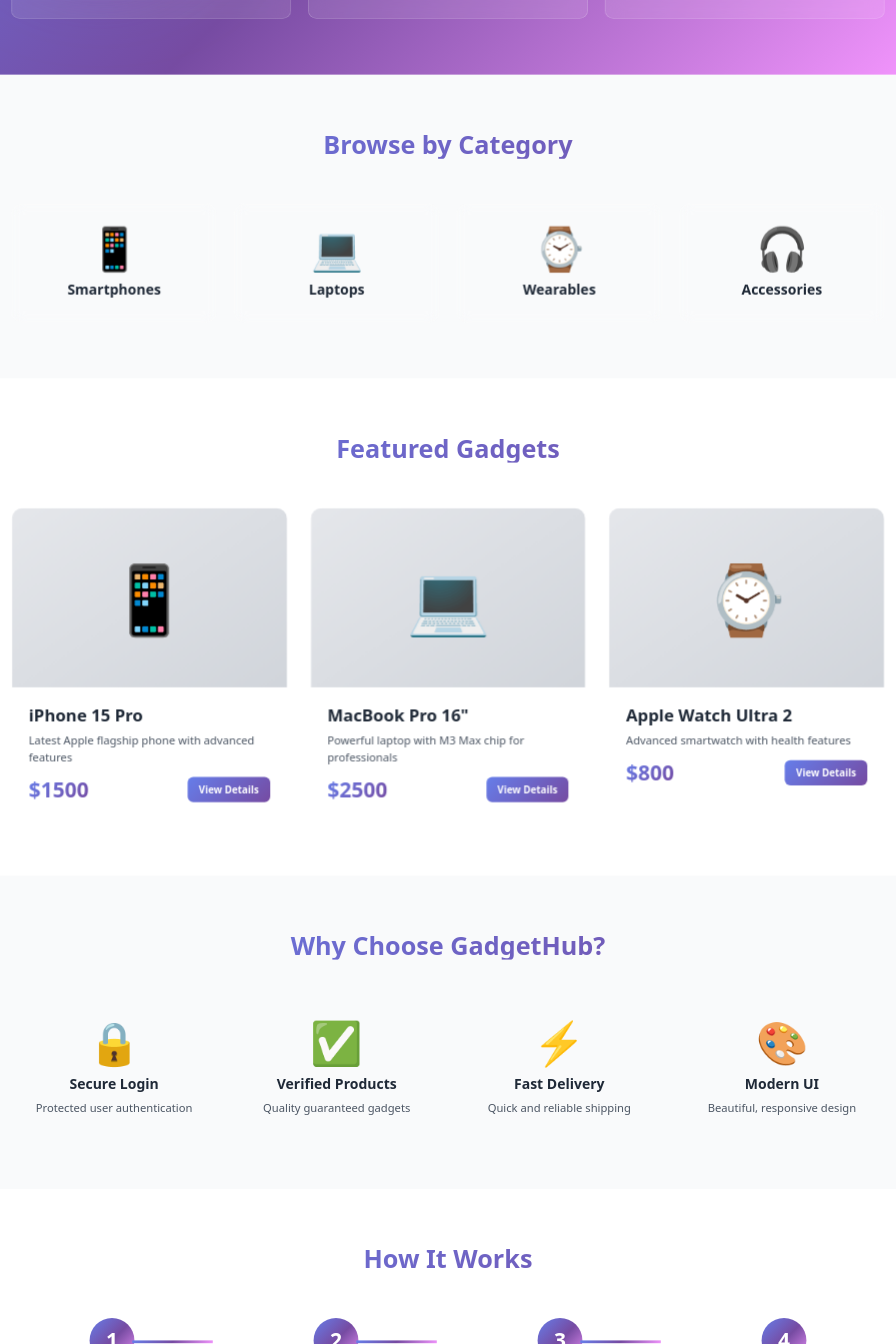
Repository: rajes124/Gadget-Next-js
Page: /
The author's editor kept a copy of each file at every save. The page is drawn from the files as they stood at one save, then again after the next save.
The browser window is 1280 px wide. The pictures show the part of the page from y = 767 to 2687 px (the page is 4121 px tall before and 4213 px after), at 70% of full size.
The project was rebuilt for these pictures with package versions that can differ from the ones it lists, and the page was loaded fresh each time. The framework's server and built-in components were replaced by stand-ins that run in the browser. Also part of the build but not shown: next.config.js.

Above is the page before, as saved 2026-01-18 11:54:54.

After the next save:
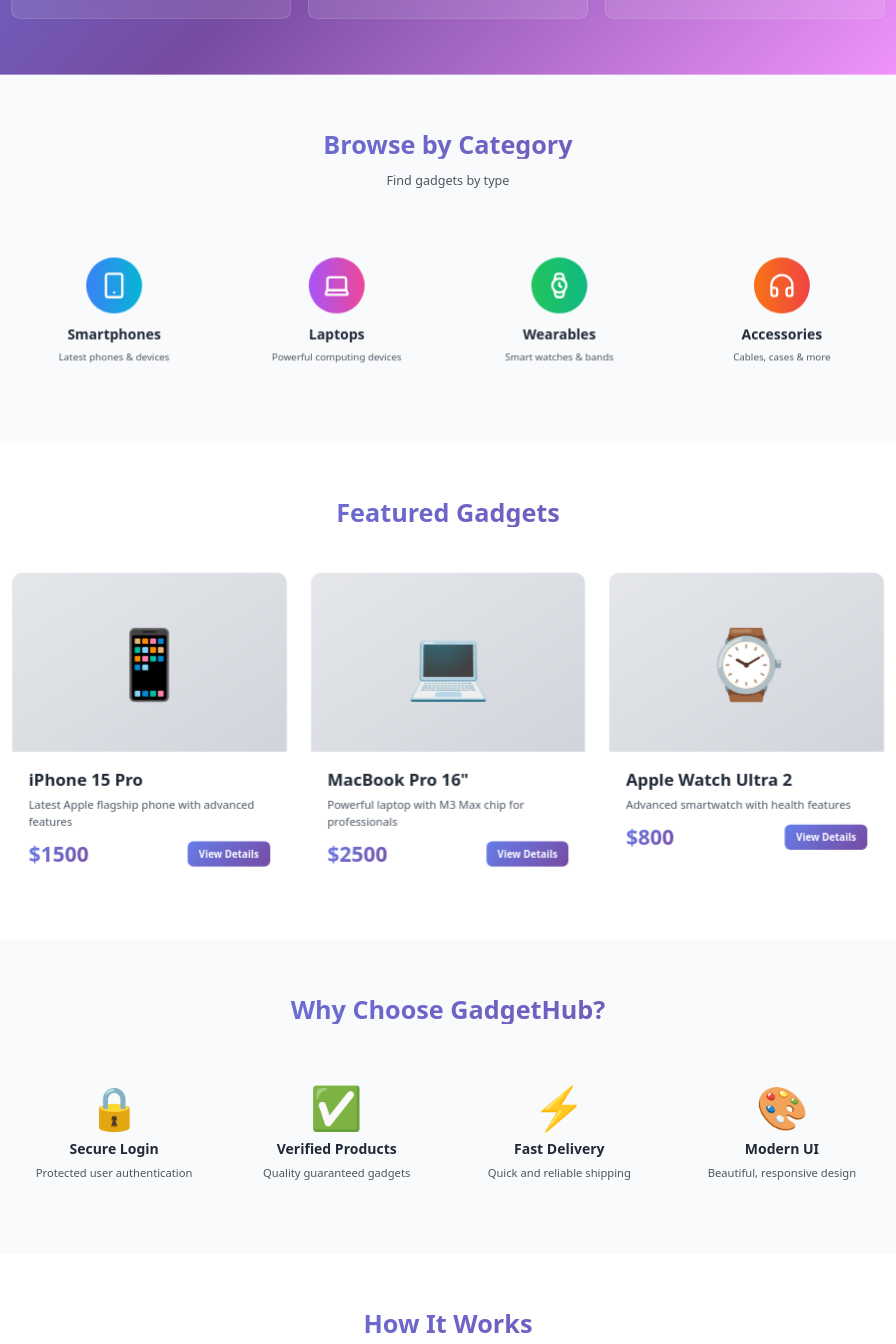
Saved 7 s later.
--- a/components/sections/CategoriesSection.tsx
+++ b/components/sections/CategoriesSection.tsx
@@ -1,27 +1,61 @@
 'use client';
+
+import { Smartphone, Laptop, Watch, Headphones } from 'lucide-react';
 
 export default function CategoriesSection() {
   const categories = [
-    { name: 'Smartphones', icon: '📱', color: 'from-blue-500 to-cyan-500' },
-    { name: 'Laptops', icon: '💻', color: 'from-purple-500 to-pink-500' },
-    { name: 'Wearables', icon: '⌚', color: 'from-green-500 to-emerald-500' },
-    { name: 'Accessories', icon: '🎧', color: 'from-orange-500 to-red-500' },
+    {
+      name: 'Smartphones',
+      icon: Smartphone,
+      color: 'from-blue-500 to-cyan-500',
+      description: 'Latest phones & devices'
+    },
+    {
+      name: 'Laptops',
+      icon: Laptop,
+      color: 'from-purple-500 to-pink-500',
+      description: 'Powerful computing devices'
+    },
+    {
+      name: 'Wearables',
+      icon: Watch,
+      color: 'from-green-500 to-emerald-500',
+      description: 'Smart watches & bands'
+    },
+    {
+      name: 'Accessories',
+      icon: Headphones,
+      color: 'from-orange-500 to-red-500',
+      description: 'Cables, cases & more'
+    },
   ];
 
   return (
     <section className="py-20 px-4 bg-gray-50 dark:bg-slate-800">
       <div className="max-w-7xl mx-auto">
-        <h2 className="text-4xl font-bold text-center mb-16 gradient-text">Browse by Category</h2>
+        <div className="text-center mb-16 animate-fade-in">
+          <h2 className="text-4xl font-bold mb-4 gradient-text">Browse by Category</h2>
+          <p className="text-gray-600 dark:text-gray-400 text-lg">Find gadgets by type</p>
+        </div>
         <div className="grid md:grid-cols-4 gap-6">
-          {categories.map((cat) => (
-            <div
-              key={cat.name}
-              className="glass-effect p-8 rounded-2xl text-center cursor-pointer hover:scale-105 hover:shadow-2xl transition-all"
-            >
-              <div className="text-6xl mb-4">{cat.icon}</div>
-              <h3 className="text-xl font-semibold text-gray-800 dark:text-white">{cat.name}</h3>
-            </div>
-          ))}
+          {categories.map((cat, idx) => {
+            const IconComp = cat.icon;
+            return (
+              <div
+                key={cat.name}
+                className="group glass-effect p-8 rounded-2xl text-center cursor-pointer hover:scale-110 hover:shadow-2xl transition-all duration-300 transform animate-slide-in-up"
+                style={{ animationDelay: `${idx * 0.1}s` }}
+              >
+                <div className={`inline-flex items-center justify-center w-20 h-20 rounded-full bg-gradient-to-r ${cat.color} mb-4 group-hover:shadow-lg transition-all`}>
+                  <IconComp className="w-10 h-10 text-white" />
+                </div>
+                <h3 className="text-xl font-semibold text-gray-800 dark:text-white mb-2 group-hover:text-transparent group-hover:bg-clip-text group-hover:bg-gradient-to-r group-hover:from-purple-500 group-hover:to-pink-500 transition-all">
+                  {cat.name}
+                </h3>
+                <p className="text-gray-600 dark:text-gray-400 text-sm">{cat.description}</p>
+              </div>
+            );
+          })}
         </div>
       </div>
     </section>
